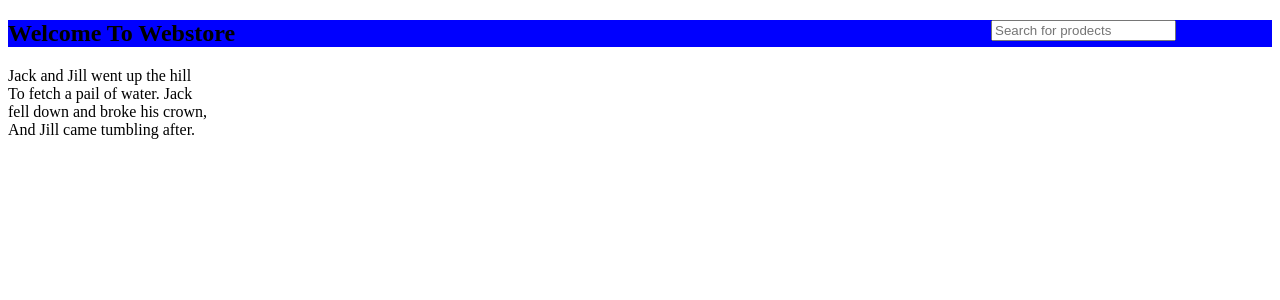
Repository: sourogithub/Final-yr-project-using-j2ee
Page: http://localhost/Webstore/JSP Pages/index.jsp
These files come from the project's save history. The page is drawn as it stood at one moment and after the next save; the edit follows.
The browser window is 1280 px wide. The pictures show the whole page.
The page is served by Tomcat 9.

Above is the page before, as saved 2017-04-11 07:24:03.

### Webstore/WebContent/JSP Pages/index.jsp
<%@ page language="java" contentType="text/html; charset=ISO-8859-1"
    pageEncoding="ISO-8859-1"%>
<!DOCTYPE html PUBLIC "-//W3C//DTD HTML 4.01 Transitional//EN" "http://www.w3.org/TR/html4/loose.dtd">
<html>
<head>
<meta http-equiv="Content-Type" content="text/html; charset=ISO-8859-1">
<title>Webstore</title>

</head>
<body>
<div id="top" style="background:blue">
<h2>Welcome To Webstore
<input type="text" placeholder="Search for prodects" required style="position:absolute;right:104px; border-width:2;float: right"></h2>
</div>
<div id="mydiv" style="width:200px;background:white" onmouseover="this.style.background='gray';" onmouseout="this.style.background='white';">
    Jack and Jill went up the hill
    To fetch a pail of water.
    Jack fell down and broke his crown,
    And Jill came tumbling after.
    </div>
</body>
</html>

After the next save:
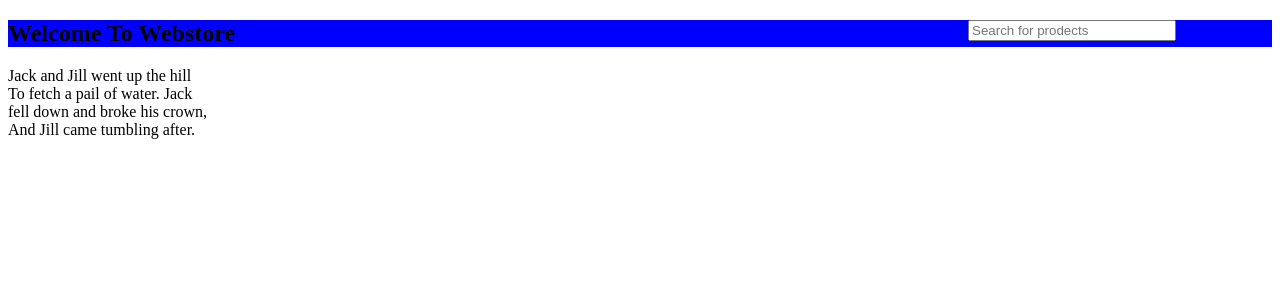
Saved 95 s later.
--- a/Webstore/WebContent/JSP Pages/index.jsp
+++ b/Webstore/WebContent/JSP Pages/index.jsp
@@ -10,7 +10,7 @@
 <body>
 <div id="top" style="background:blue">
 <h2>Welcome To Webstore
-<input type="text" placeholder="Search for prodects" required style="position:absolute;right:104px; border-width:2;float: right"></h2>
+<input type="text" placeholder="Search for prodects" required style="position:absolute;right:104px; border-width:2;float: right;width:200px"></h2>
 </div>
 <div id="mydiv" style="width:200px;background:white" onmouseover="this.style.background='gray';" onmouseout="this.style.background='white';">
     Jack and Jill went up the hill
